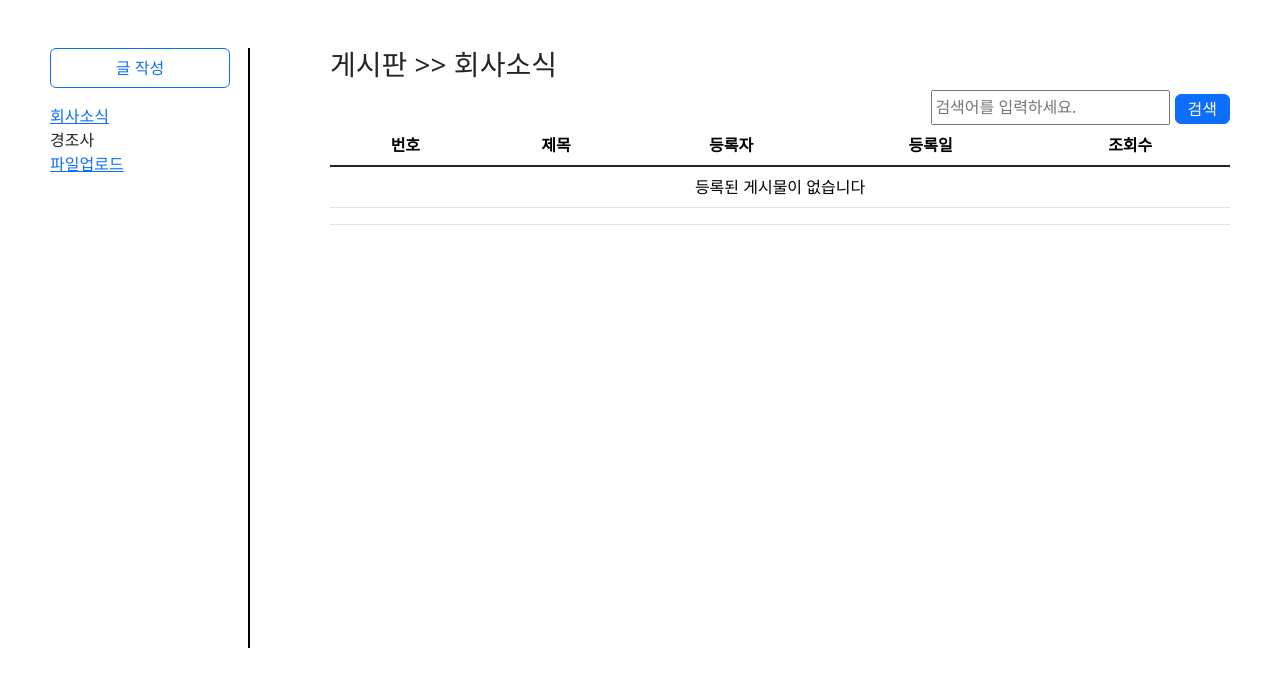
Repository: KimDongGyuu/final
Page: http://localhost/aceworks/WEB-INF/views/company_news/company_news_List.jsp
An editor plug-in stored every save of this project. The page is shown before and after the next save, followed by the edit.
The browser window is 1280 px wide. The pictures show the whole page.
The page is served by Tomcat 9. Nobody is signed in. Other server files are loaded and not shown. The template is opened directly, without the code that normally fills it, so the values that code supplies are empty.

Above is the page before, as saved 2024-03-17 04:03:00.

### aceworks/src/main/webapp/WEB-INF/views/company_news/company_news_List.jsp
<%@ page language="java" contentType="text/html; charset=UTF-8"
	pageEncoding="UTF-8"%>
<%@ include file="/WEB-INF/views/include/style.jsp"%>
<%@ taglib uri="http://java.sun.com/jsp/jstl/core" prefix="c"%>
<!DOCTYPE html>
<html>
<head>
<meta charset="UTF-8">
<title>Insert title here</title>
<style>
#left {
	width: 200px;
	height: 600px;
	float: left;
	border-right: 2px solid black;
	margin-left: 50px;
}

#right {
	width: 900px;
	height: 600px;
	margin-left: 330px;
}

#bt {
	width: 180px;
	height: 40px;
}
#Sbt {
	padding-top: 2px;
	height: 30px;
}

h3 {
	text-align: center;
}
</style>
</head>
<body>


	<div>
		<div id="left">
			<button id="bt" type="button" class="btn btn-outline-primary"
				onclick="location.href='company_news_Writeform.do';">글 작성</button>
<div class="mt-3"><a href="company_news_List.do">회사소식</a> <br> 경조사 <br><a href="fileUploadForm.do">파일업로드</a></div>
		</div>
		<div id="right">
		<div class="mt-5 mb-2"><span class="h3">게시판 &gt;&gt; 회사소식</span></div>
<div class="mt-2 d-flex gap-2 justify-content-end">
    <form action="company_newsSearch.do">
        <input type="text" id="searchKeyword" name="keyword" placeholder="검색어를 입력하세요." style="width:40; height: 35px;">
        <button id="Sbt" type="submit" class="btn btn btn-primary">검색</button>
    </form>
</div>
			<table width="1000" cellspacing="0" class="table table-hover">
				<thead>
					<tr align="center">
						<th scope="col">번호</th>
						<th scope="col">제목</th>
						<th scope="col">등록자</th>
						<th scope="col">등록일</th>
						<th scope="col">조회수</th>
					</tr>
				</thead>

				<tbody class="table-group-divider">
					<c:if test="${empty lists }">
						<tr>
							<td colspan="5" align="center">등록된 게시물이 없습니다</td>
						</tr>
					</c:if>

					<c:forEach var="dto" items="${lists }">
						<tr class="text-center">
							<th scope="row">${dto.news_idx }</th>
							<c:url var="company_newsContentUrl"
								value="company_news_Content.do">
								<c:param name="news_idx">${dto.news_idx }</c:param>
							</c:url>
							<td><a href="${company_newsContentUrl }">${dto.news_title }</a></td>
							<td>${dto.news_writer }</td>
							<td>${dto.news_writedate }</td>
							<td>${dto.news_readnum }</td>
						</tr>
					</c:forEach>
				</tbody>

				<tfoot>
					<tr>
						<td colspan="5" align="center">${pageStr }</td>
					</tr>
				</tfoot>
			</table>
		</div>
	</div>
</body>
</html>

### aceworks/src/main/webapp/WEB-INF/views/include/style.jsp
<%@ page language="java" contentType="text/html; charset=UTF-8"
    pageEncoding="UTF-8"%>
<!DOCTYPE html>
<html>
<head>
<meta charset="UTF-8">
<title>Insert title here</title>
<link
   href="https://cdn.jsdelivr.net/npm/bootstrap@5.3.3/dist/css/bootstrap.min.css"
   rel="stylesheet"
   integrity="sha384-QWTKZyjpPEjISv5WaRU9OFeRpok6YctnYmDr5pNlyT2bRjXh0JMhjY6hW+ALEwIH"
   crossorigin="anonymous">
<script
   src="https://cdn.jsdelivr.net/npm/bootstrap@5.3.3/dist/js/bootstrap.bundle.min.js"
   integrity="sha384-YvpcrYf0tY3lHB60NNkmXc5s9fDVZLESaAA55NDzOxhy9GkcIdslK1eN7N6jIeHz"
   crossorigin="anonymous"></script>
<script
   src="https://cdn.jsdelivr.net/npm/@popperjs/core@2.11.8/dist/umd/popper.min.js"
   integrity="sha384-I7E8VVD/ismYTF4hNIPjVp/Zjvgyol6VFvRkX/vR+Vc4jQkC+hVqc2pM8ODewa9r"
   crossorigin="anonymous"></script>
<script
   src="https://cdn.jsdelivr.net/npm/bootstrap@5.3.3/dist/js/bootstrap.min.js"
   integrity="sha384-0pUGZvbkm6XF6gxjEnlmuGrJXVbNuzT9qBBavbLwCsOGabYfZo0T0to5eqruptLy"
   crossorigin="anonymous"></script>
</head>
<body>

</body>
</html>

After the next save:
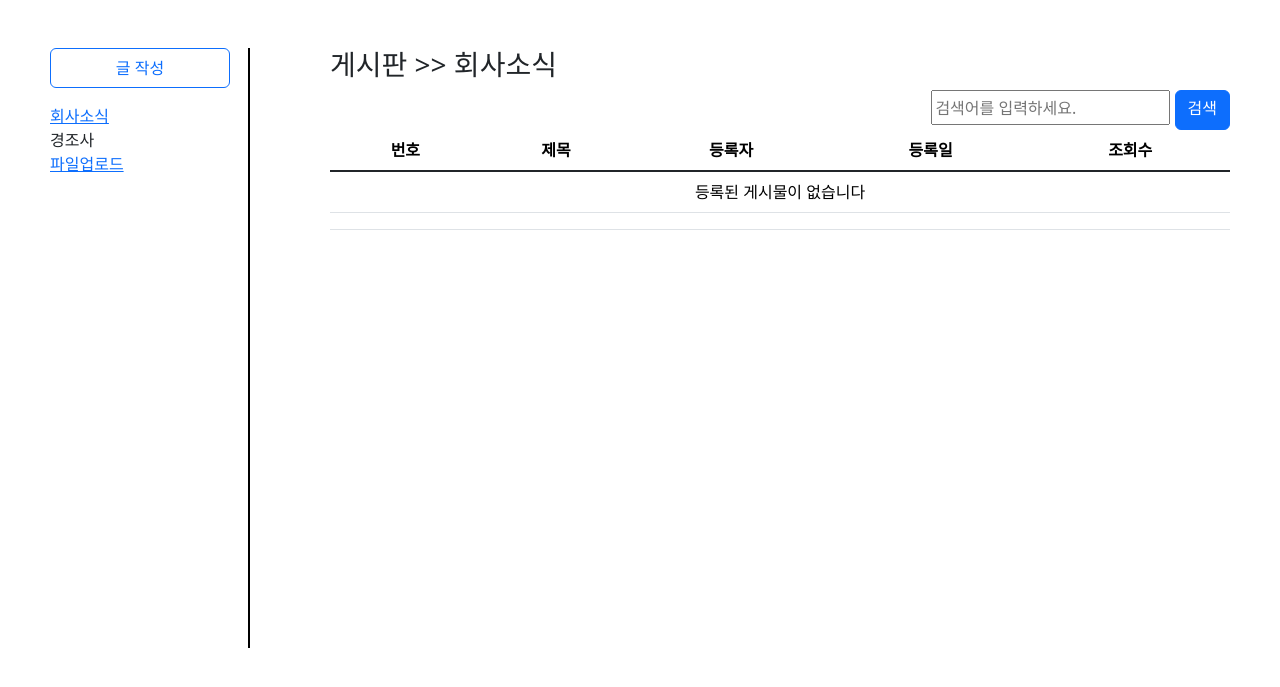
Saved 15 s later.
--- a/aceworks/src/main/webapp/WEB-INF/views/company_news/company_news_List.jsp
+++ b/aceworks/src/main/webapp/WEB-INF/views/company_news/company_news_List.jsp
@@ -28,7 +28,7 @@
 }
 #Sbt {
 	padding-top: 2px;
-	height: 30px;
+	height: 40px;
 }
 
 h3 {
